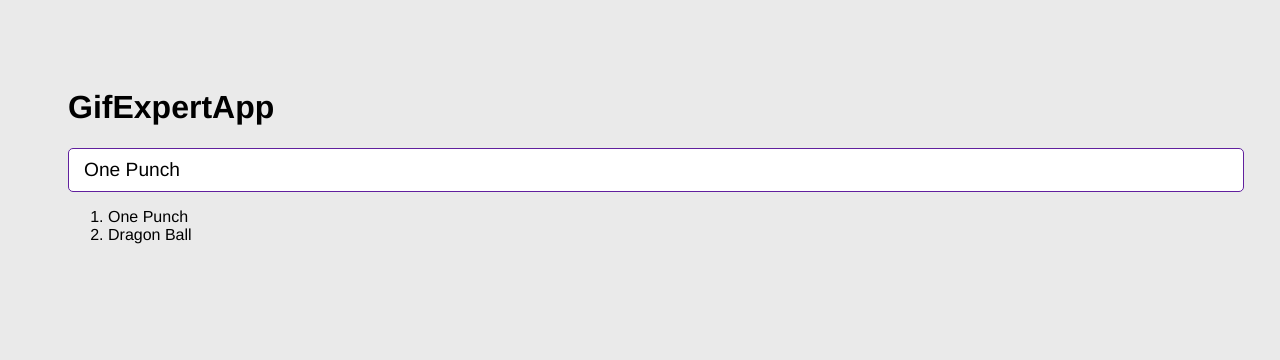
Repository: bryanesteban/gif-expert-app
Page: /
The author's editor kept a copy of each file at every save. The page is drawn from the files as they stood at one save, then again after the next save.
The browser window is 1280 px wide. The pictures show the whole page.
The project was rebuilt for these pictures with package versions that can differ from the ones it lists, and the page was loaded fresh each time. Also part of the build but not shown: vite.config.js.

Above is the page before, as saved 2024-06-13 23:29:48.

After the next save:
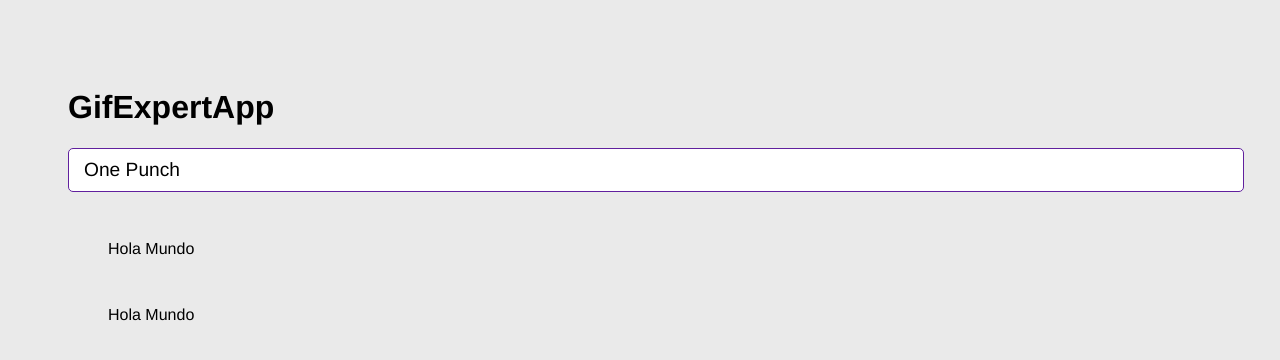
Saved 77 s later.
--- a/src/GifExpertApp.jsx
+++ b/src/GifExpertApp.jsx
@@ -1,5 +1,6 @@
 import { useState } from "react";
 import { AddCategory } from "./components/AddCategory";
+import { GifGrid } from "./components/GifGrid";
 
 
 export const GifExpertApp = () => {
@@ -11,7 +12,7 @@ export const GifExpertApp = () => {
 
     const onAddCategory = ( newCategory ) => {
 
-        if(categories.filter(newCategory) === true ) return ;
+        if(categories.includes(newCategory) ) return ;
         setCategories([...categories,newCategory]);
 
         // setCategories(cat => [...cat,'Fullmetal Alchemist']);
@@ -30,9 +31,12 @@ export const GifExpertApp = () => {
 
     {/*Listado de gif */}
     <ol>
-        { categories.map( category => {
-                return <li key={category}>{category} </li>
-        }) }
+        { categories.map( ( category ) =>
+            (
+                <GifGrid/>
+
+            ))
+        }
 
     </ol>
     {/* gif Item */}
